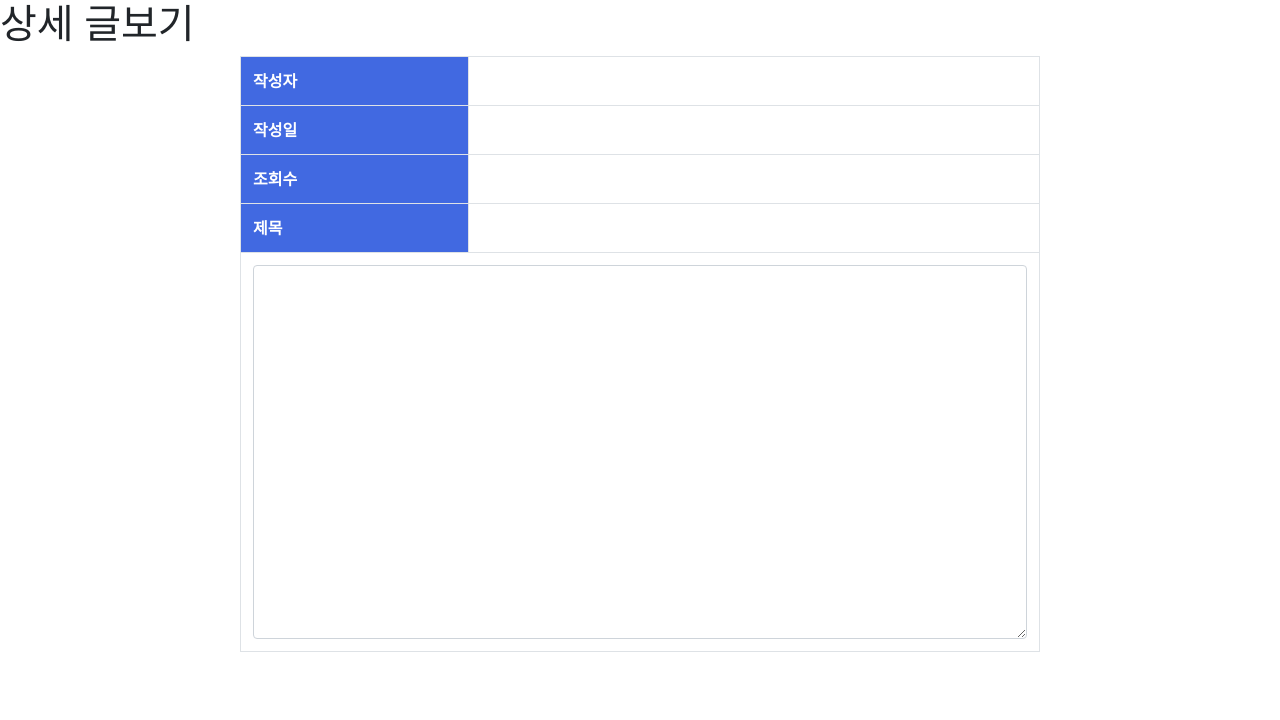
Repository: suhong99/SpringBootFront
Page: FrontSample/src/main/webapp/bbsupdate.html
An editor plug-in stored every save of this project. The page is shown before and after the next save, followed by the edit.
The browser window is 1280 px wide. The pictures show the whole page.

Above is the page before, as saved 2023-08-04 05:47:43.
Console error: TypeError: Cannot read properties of null (reading 'id')

After the next save:
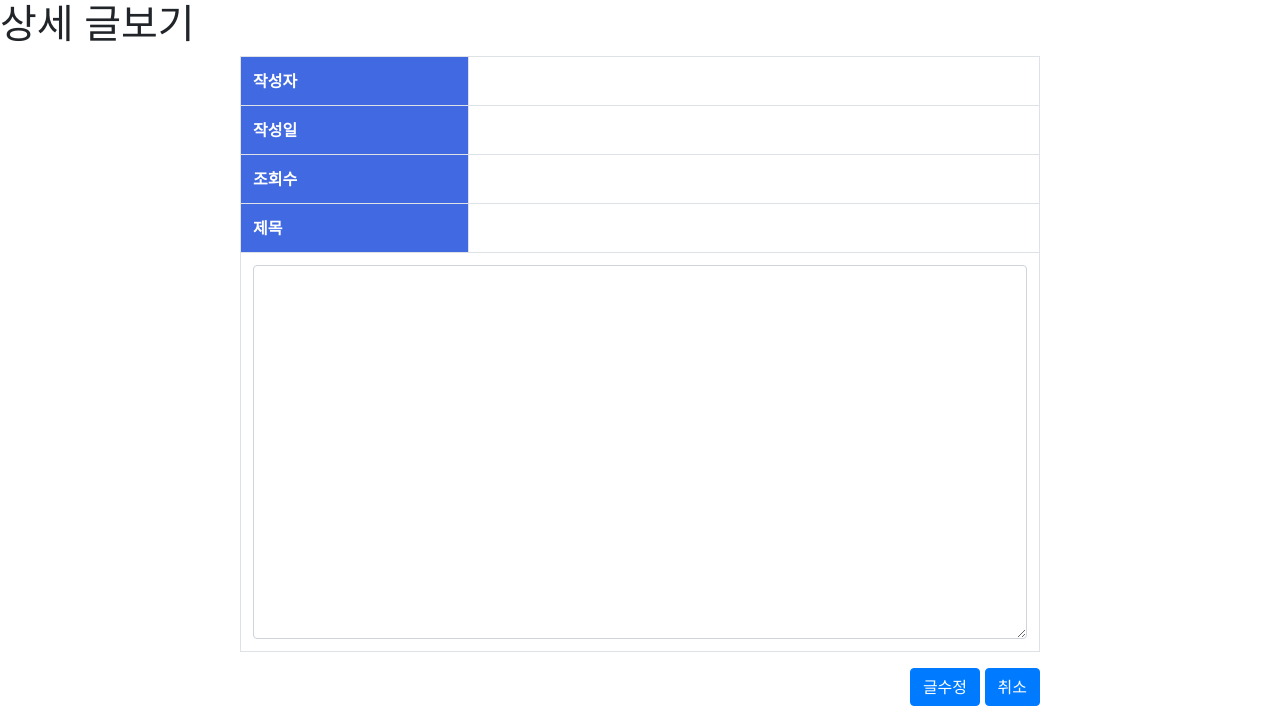
Saved 14 s later.
--- a/FrontSample/src/main/webapp/bbsupdate.html
+++ b/FrontSample/src/main/webapp/bbsupdate.html
@@ -60,9 +60,9 @@ cols="15" class="form-control" id="content" ></textarea>
 
 <div align="right">
 
-<button type="button" class="btn btn-primary" style="display: none;" id="editButton" onclick="">글수정</button>
+<button type="button" class="btn btn-primary"  id="editButton" onclick="">글수정</button>
 
-<button type="button" class="btn btn-primary" style="display: none;" id="cancleButton" onclick="">취소</button>
+<button type="button" class="btn btn-primary" id="cancleButton" onclick="">취소</button>
 
 
 </div>
